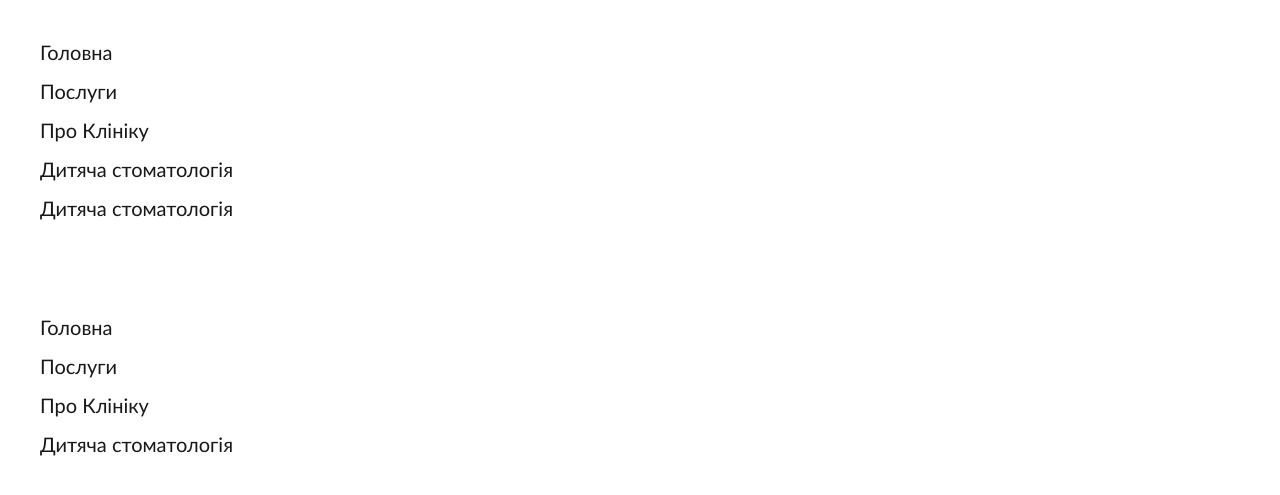
Repository: TarasDutchak/dental-clinic
Page: sitemap.html
These files come from the project's save history. The page is drawn as it stood at one moment and after the next save; the edit follows.
The browser window is 1280 px wide. The pictures show the whole page.

Above is the page before, as saved 2025-01-02 07:02:18.

After the next save:
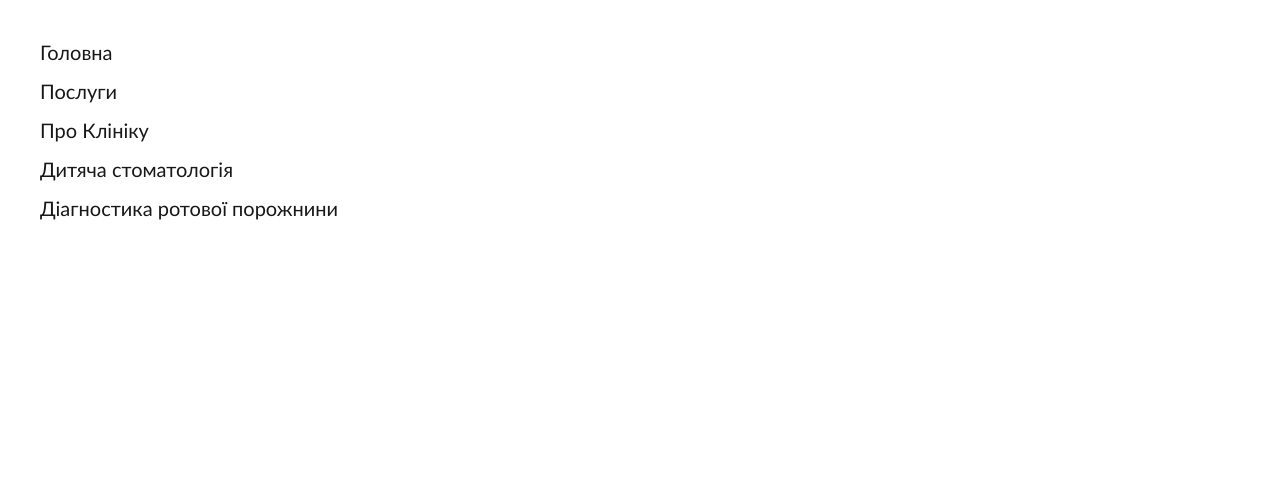
Saved 12 s later.
--- a/sitemap.html
+++ b/sitemap.html
@@ -22,7 +22,7 @@
             <li><a href="services.html" target="_blank">Послуги</a></li>
             <li><a href="about.html" target="_blank">Про Клініку</a></li>
             <li><a href="pediatric-dentistry.html" target="_blank">Дитяча стоматологія</a></li>
-            <li><a href="diagnistic-oral-cavity.html" target="_blank">Дитяча стоматологія</a></li>
+            <li><a href="diagnistic-oral-cavity.html" target="_blank">Діагностика ротової порожнини</a></li>
         </ul>
     </div>
 
@@ -57,62 +57,3 @@
 
 
 </html>
-<!DOCTYPE html>
-<html lang="en">
-
-<head>
-    <meta charset="UTF-8">
-    <meta http-equiv="X-UA-Compatible" content="IE=edge">
-    <meta name="viewport" content="width=device-width, initial-scale=1.0">
-    <title>Pages</title>
-    <link rel="icon" type="image/x-icon" href="favicon.png">
-    <link rel="stylesheet" href="css/lib/swiper-bundle.min.css">
-    <link rel="stylesheet" href="css/lib/bootstrap-grid.min.css">
-    <link rel="stylesheet" href="css/lib/plyr.css">
-    <link rel="stylesheet" href="css/lib/select2.css">
-    <link rel="stylesheet" href="css/style.css">
-</head>
-
-<body>
-
-    <div class="sitemap">
-        <ul>
-            <li><a href="index.html" target="_blank">Головна</a></li>
-            <li><a href="services.html" target="_blank">Послуги</a></li>
-            <li><a href="about.html" target="_blank">Про Клініку</a></li>
-            <li><a href="pediatric-dentistry.html" target="_blank">Дитяча стоматологія</a></li>
-
-        </ul>
-    </div>
-
-
-    <style>
-        .sitemap {
-            padding: 40px;
-        }
-
-        ul {
-            list-style-type: none;
-            margin: 0;
-            padding: 0;
-        }
-
-        li {
-            margin-bottom: 15px;
-        }
-
-        a {
-            font-size: 20px;
-            color: #181818;
-        }
-    </style>
-
-
-
-
-
-</body>
-
-
-
-</html>
